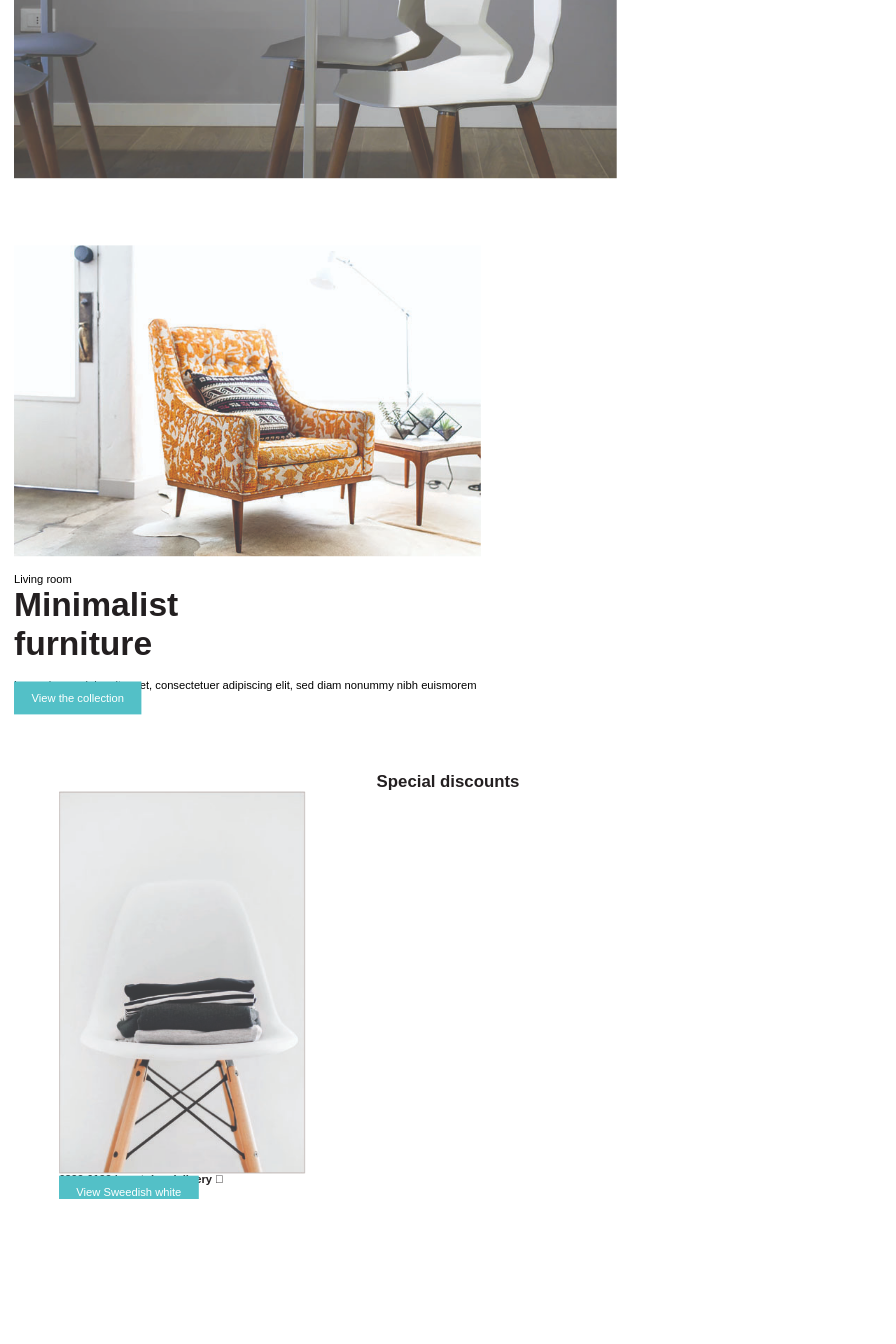
Repository: dinhhaidh/republic-web
Page: index.html
These files come from the project's save history. The page is drawn as it stood at one moment and after the next save; the edit follows.
The browser window is 1280 px wide. The pictures show the part of the page from y = 932 to 2852 px (the page is 2852 px tall), at 70% of full size.
Some web fonts or font styles are not loaded; a fallback is used. Some web libraries are served in a nearby version.

Above is the page before, as saved 2024-01-24 17:15:17.

After the next save:
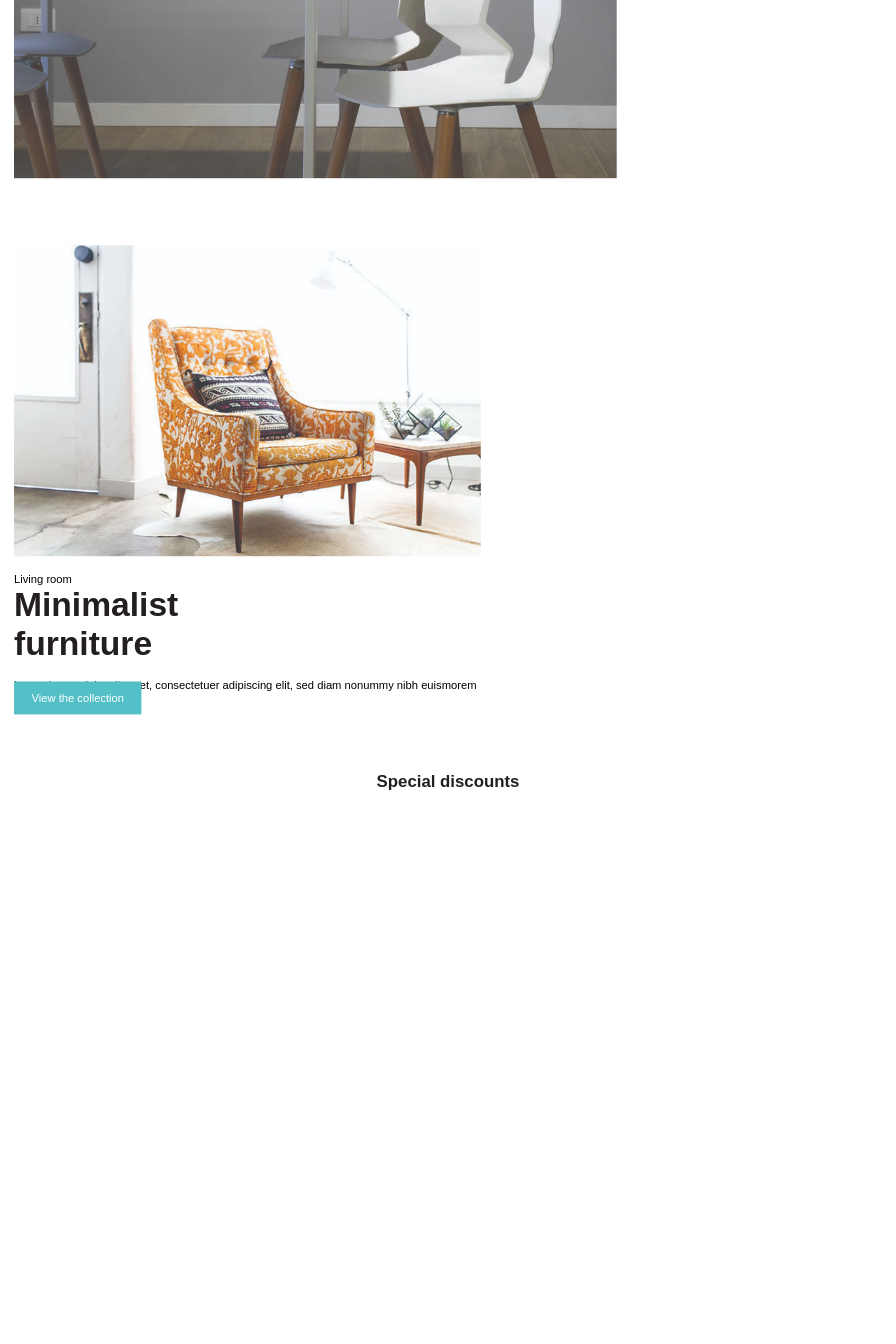
Saved 2 min 3 s later.
--- a/js/main.js
+++ b/js/main.js
@@ -29,5 +29,15 @@
         spaceBetween: 72,
     },
     },
+
+    loop: true,
+    spaceBetween: 16,
+    slidesPerView: 'auto',
+
+    breakpoints: {
+        1150: {
+            slidesPerView: 3,
+        }
+    }
   //
 });

After the 3 saves that followed:
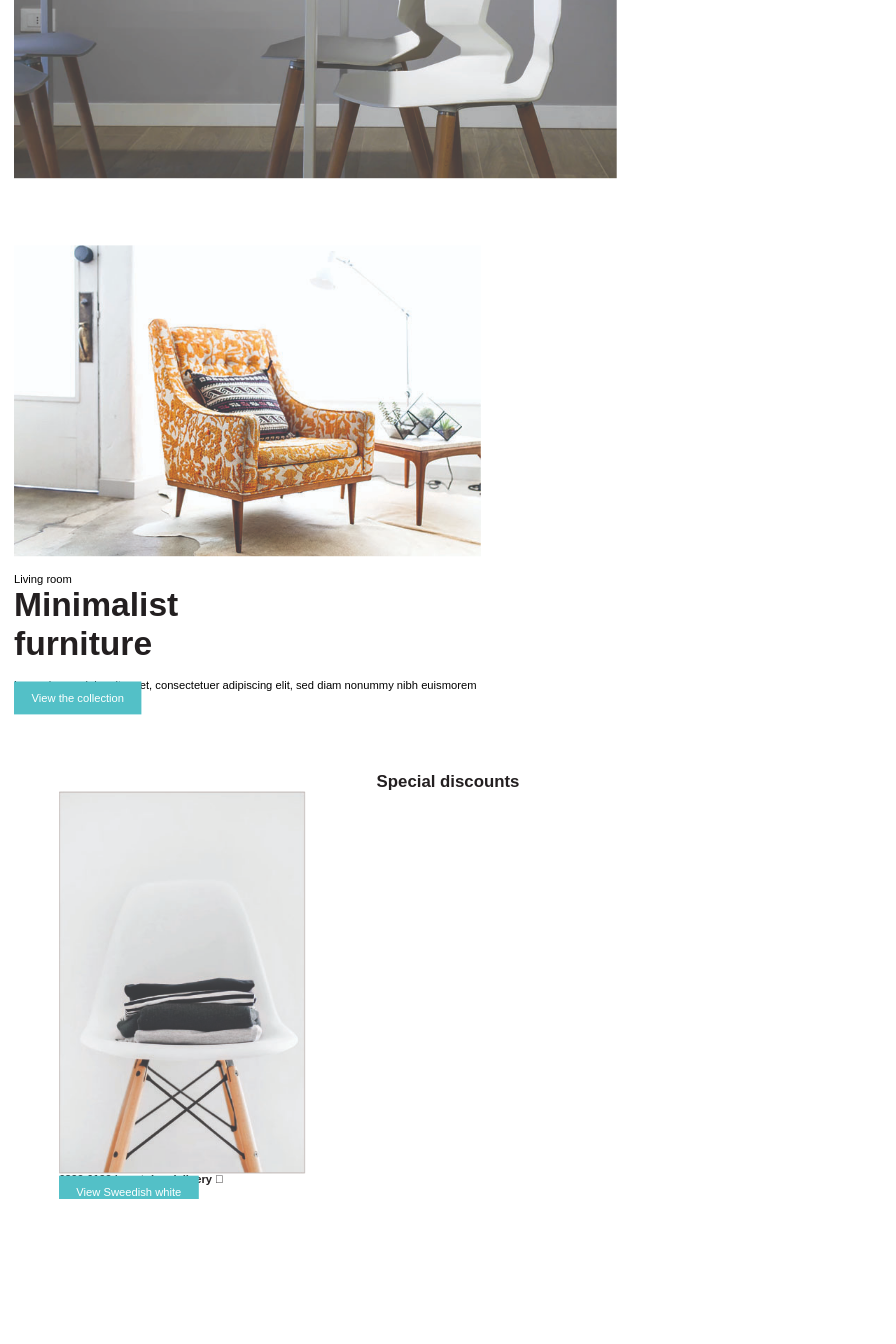
The 3 saves are shown as one change because 1 left the picture as it was and some came seconds apart.
The last was saved 19 s later.
--- a/js/main.js
+++ b/js/main.js
@@ -26,18 +26,9 @@
   // lích thước resposive
     breakpoints: {
         1240: {
-        spaceBetween: 72,
+        spaceBetween: 3,
     },
     },
 
-    loop: true,
-    spaceBetween: 16,
-    slidesPerView: 'auto',
-
-    breakpoints: {
-        1150: {
-            slidesPerView: 3,
-        }
-    }
   //
 });
